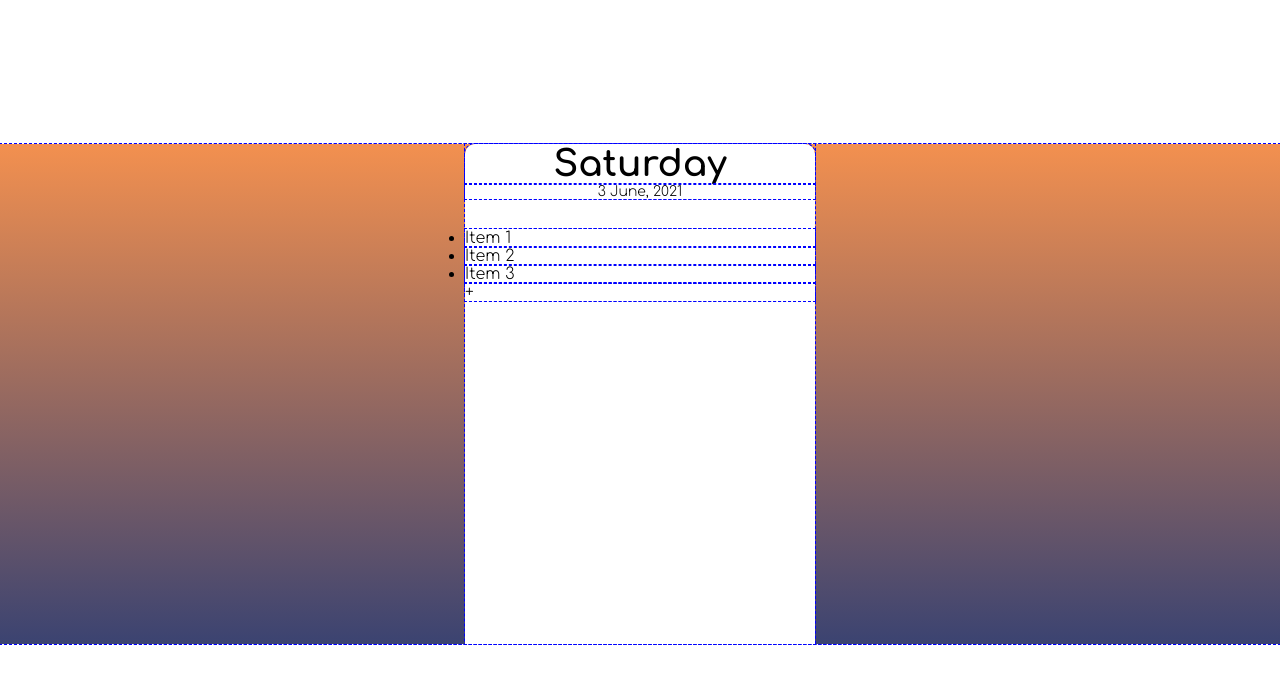
Repository: Colo-Codes/mini-projects
Page: todo-app/index.html
The author's editor kept a copy of each file at every save. The page is drawn from the files as they stood at one save, then again after the next save.
The browser window is 1280 px wide. The pictures show the whole page.

Above is the page before, as saved 2021-07-04 11:10:49.

### todo-app/index.html
<!DOCTYPE html>
<html lang="en">
    <head>
        <meta charset="UTF-8" />
        <meta http-equiv="X-UA-Compatible" content="IE=edge" />
        <meta name="viewport" content="width=device-width, initial-scale=1.0" />
        <link rel="stylesheet" href="./css/index.css" />
        <title>Mini-Project - ToDo app</title>
    </head>
    <body>
        <div class="changing-background">
            <main class="todo">
                <section id="todo--header">
                    <header>Saturday</header>
                    <p>3 June, 2021</p>
                </section>
                <section id="todo--tasks-list">
                    <ul>
                        <li class="todo--tasks-list--item">Item 1</li>
                        <li class="todo--tasks-list--item">Item 2</li>
                        <li class="todo--tasks-list--item">Item 3</li>
                    </ul>
                </section>
                <section id="todo--footer">
                    <p>+</p>
                </section>
            </main>
        </div>
    </body>
</html>

### todo-app/css/index.css
@import url('https://fonts.googleapis.com/css2?family=Comfortaa:wght@300;700&display=swap');

/* Initial reset */

html {
    box-sizing: border-box;
    font-size: 16px;
}

*,
*:before,
*:after {
    box-sizing: inherit;
    margin: 0;
    padding: 0;
    outline: 1px dashed blue; /* Debugging purposes */
}

body {
    font-family: 'Comfortaa', cursive;
}

.changing-background {
    background: #f3904f; /* fallback for old browsers */
    background: -webkit-linear-gradient(
        to top,
        #3b4371,
        #f3904f
    ); /* Chrome 10-25, Safari 5.1-6 */
    background: linear-gradient(
        to top,
        #3b4371,
        #f3904f
    ); /* W3C, IE 10+/ Edge, Firefox 16+, Chrome 26+, Opera 12+, Safari 7+ */
}

.todo {
    margin: auto;
    margin-top: 20vh;
    width: 350px;
    height: 500px;
    background-color: white;
    border-radius: 10px 10px 0 0;
}

#todo--header header {
    font-size: 2.25rem;
    font-weight: 700;
    text-align: center;
}

#todo--header p {
    font-size: 0.875rem;
    text-align: center;
}

#todo--tasks-list {
    margin-top: 1.875rem;
}

After the next save:
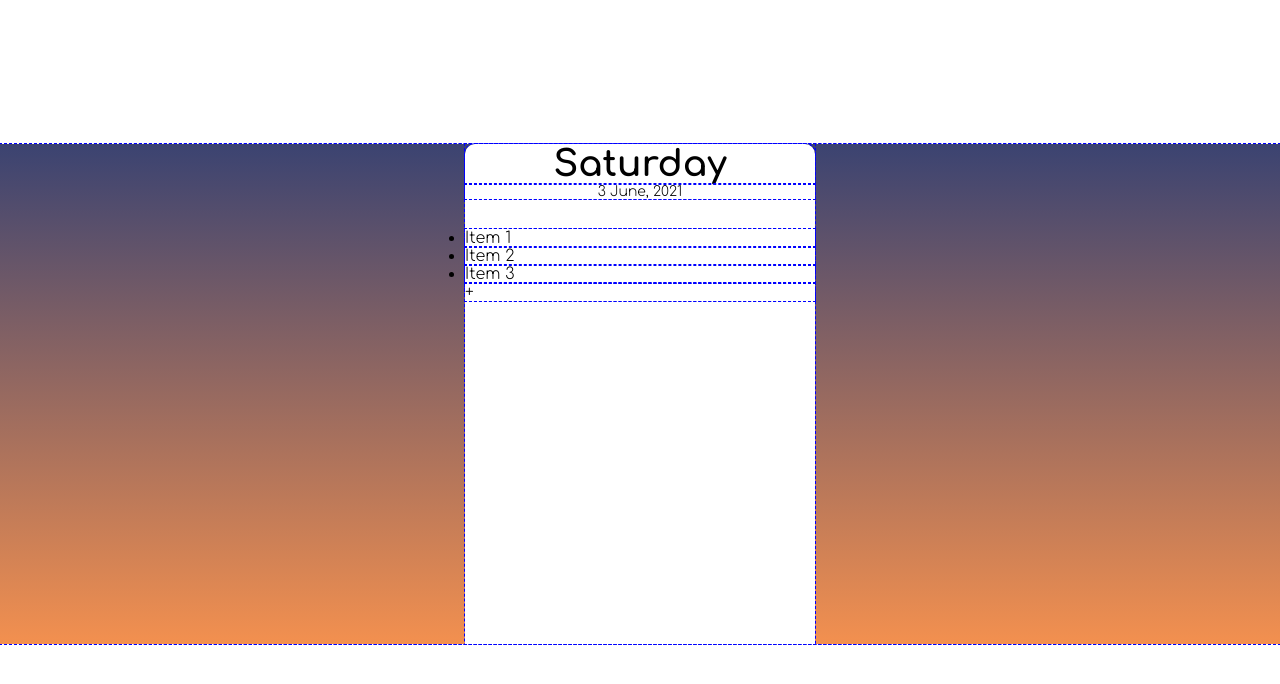
Saved 12 s later.
--- a/todo-app/css/index.css
+++ b/todo-app/css/index.css
@@ -23,12 +23,12 @@ body {
 .changing-background {
     background: #f3904f; /* fallback for old browsers */
     background: -webkit-linear-gradient(
-        to top,
+        to bottom,
         #3b4371,
         #f3904f
     ); /* Chrome 10-25, Safari 5.1-6 */
     background: linear-gradient(
-        to top,
+        to bottom,
         #3b4371,
         #f3904f
     ); /* W3C, IE 10+/ Edge, Firefox 16+, Chrome 26+, Opera 12+, Safari 7+ */
